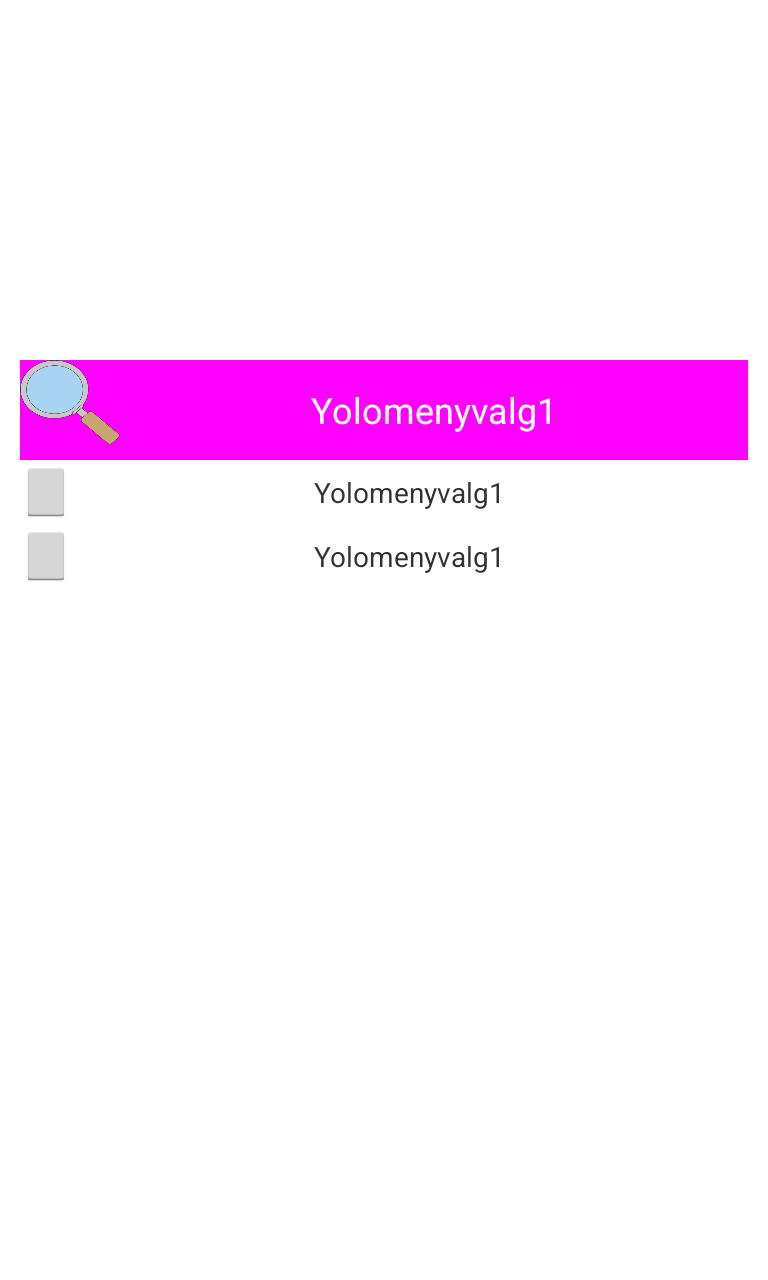
Repository: pumalove/workspace
Layout: MainActivity/res/layout/gridview.xml
The author's editor kept a copy of each file at every save. The layout is drawn from the files as they stood at one save, then again after the next save.
It is drawn on a 768 x 1280 px phone screen (xhdpi) without system bars, with theme AppTheme; the app's code is not run. Lists and similar views that code fills are empty.

Above is the layout before, as saved 2014-03-17 12:17:00.

After the next save:
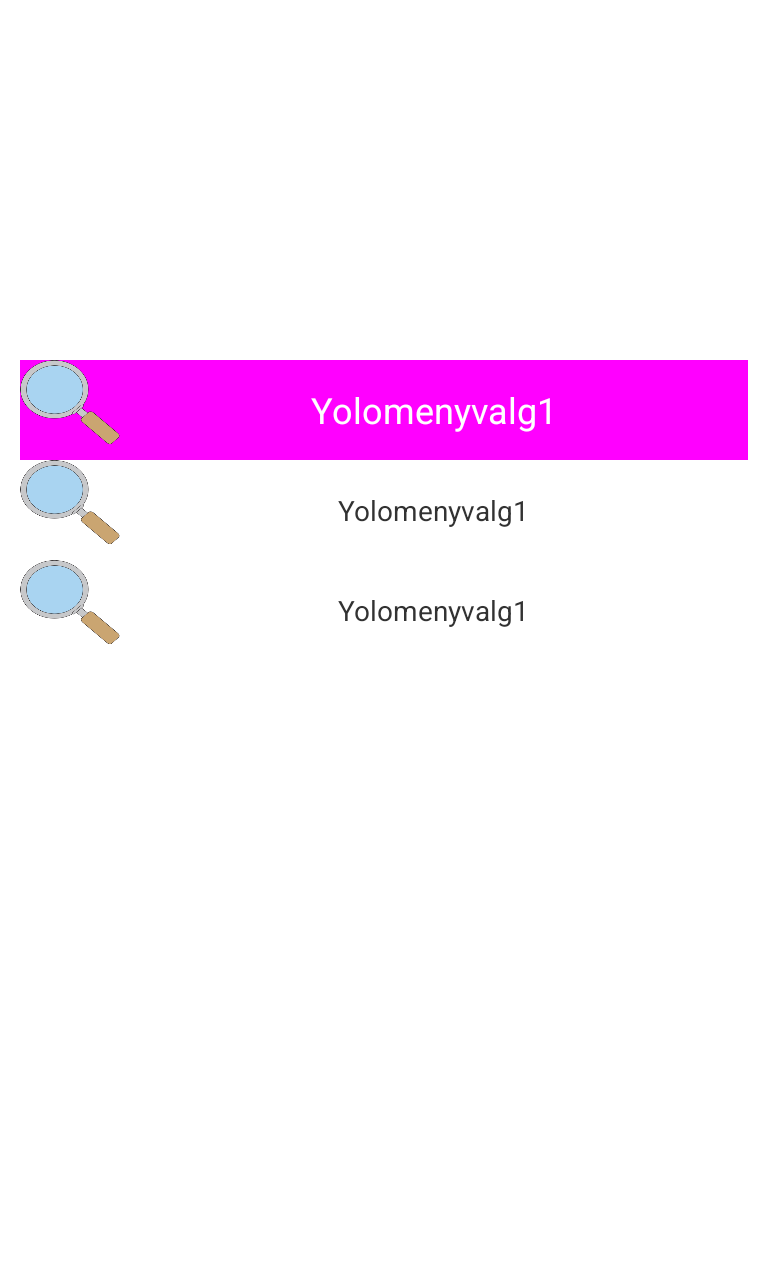
Saved 37 s later.
--- a/MainActivity/res/layout/gridview.xml
+++ b/MainActivity/res/layout/gridview.xml
@@ -72,12 +72,12 @@
             android:gravity="center"
             android:clickable="true">
 
-            <ImageButton
-                android:layout_width="wrap_content"
-                android:layout_height="wrap_content"
-                android:id="@+id/imageButton2"
-                android:layout_gravity="center"
-                />
+            <ImageView
+                android:id="@+id/imageView2"
+                android:layout_width="50dp"
+                android:layout_height="50dp"
+                android:scaleType="centerCrop"
+                android:src="@drawable/sample_0" />
 
            <LinearLayout
 			    android:layout_width="fill_parent"
@@ -101,12 +101,12 @@
             android:gravity="center"
             android:clickable="true">
 
-            <ImageButton
-                android:layout_width="wrap_content"
-                android:layout_height="wrap_content"
-                android:id="@+id/imageButton3"
-                android:layout_gravity="center"
-                />
+            <ImageView
+                android:id="@+id/imageView3"
+                android:layout_width="50dp"
+                android:layout_height="50dp"
+                android:scaleType="centerCrop"
+                android:src="@drawable/sample_0" />
 
             <LinearLayout
 			    android:layout_width="fill_parent"
